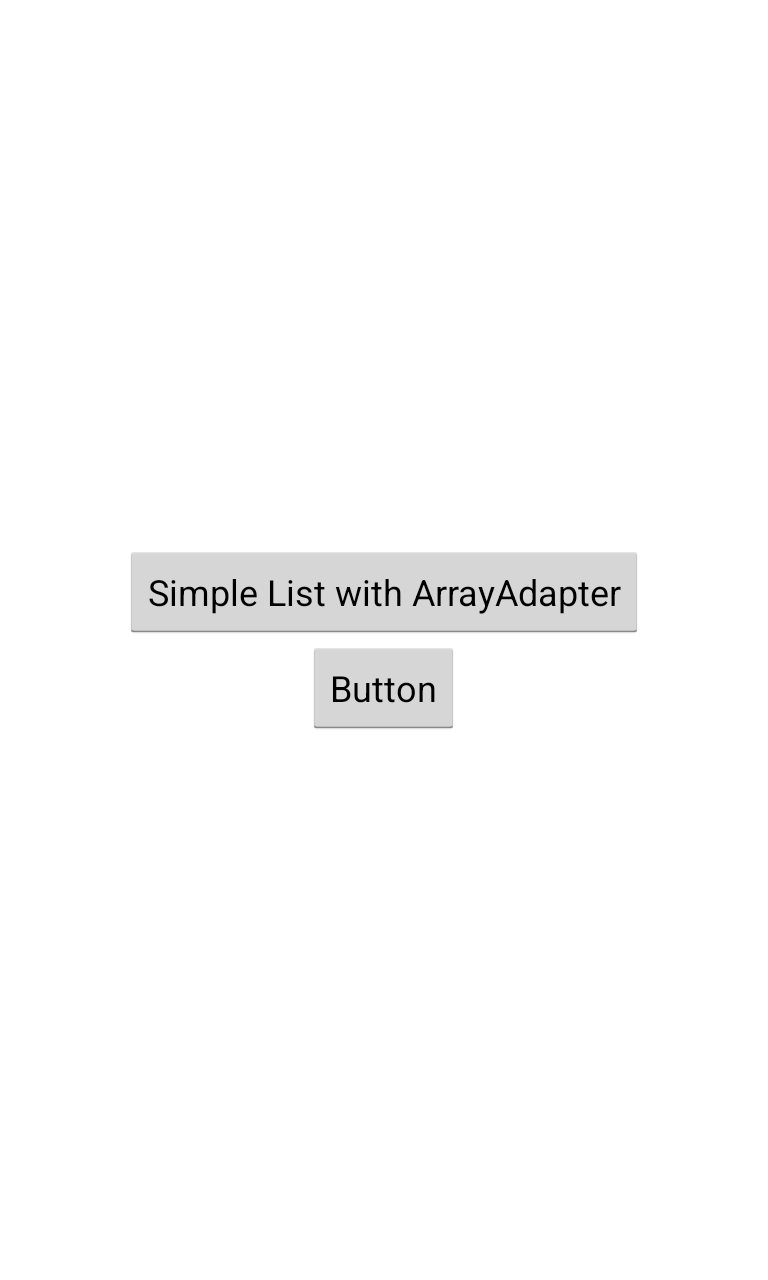
Repository: lcbasu/android
Layout: Example Projects/Code-Learn-Android-Example-master/CodeLearnListExample/res/layout/codelearn_list_home.xml
An editor plug-in stored every save of this project. The layout is shown before and after the next save, followed by the edit.
It is drawn on a 768 x 1280 px phone screen (xhdpi) without system bars, with theme AppTheme; the app's code is not run.

Above is the layout before, as saved 2013-12-11 18:50:03.

### Example Projects/Code-Learn-Android-Example-master/CodeLearnListExample/res/layout/codelearn_list_home.xml
<?xml version="1.0" encoding="utf-8"?>
<LinearLayout xmlns:android="http://schemas.android.com/apk/res/android"
    android:layout_width="match_parent"
    android:layout_height="match_parent"
    android:orientation="vertical"
    android:gravity="center" >

    <Button
        android:id="@+id/button1"
        android:layout_width="wrap_content"
        android:layout_height="wrap_content"
        android:text="Simple List with ArrayAdapter" />

    <Button
        android:id="@+id/button2"
        android:layout_width="wrap_content"
        android:layout_height="wrap_content"
        android:text="Button" />

</LinearLayout>

Loaded but not shown: Example Projects/Code-Learn-Android-Example-master/CodeLearnListExample/res/values/styles.xml (common file); Example Projects/Code-Learn-Android-Example-master/CodeLearnListExample/res/values-v11/styles.xml (common file); Example Projects/Code-Learn-Android-Example-master/CodeLearnListExample/res/values-v14/styles.xml (common file)

After the next save:
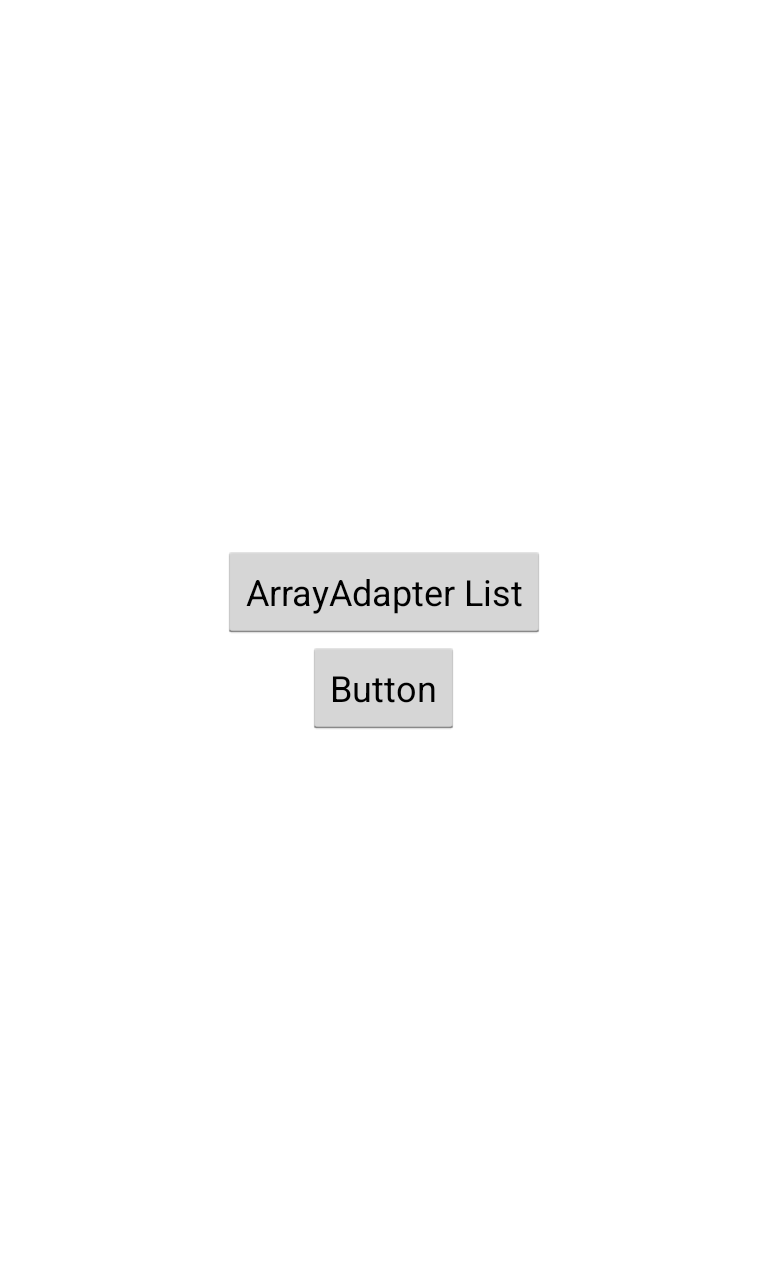
Saved 6 s later.
--- a/Example Projects/Code-Learn-Android-Example-master/CodeLearnListExample/res/layout/codelearn_list_home.xml
+++ b/Example Projects/Code-Learn-Android-Example-master/CodeLearnListExample/res/layout/codelearn_list_home.xml
@@ -9,7 +9,7 @@
         android:id="@+id/button1"
         android:layout_width="wrap_content"
         android:layout_height="wrap_content"
-        android:text="Simple List with ArrayAdapter" />
+        android:text="ArrayAdapter List" />
 
     <Button
         android:id="@+id/button2"
